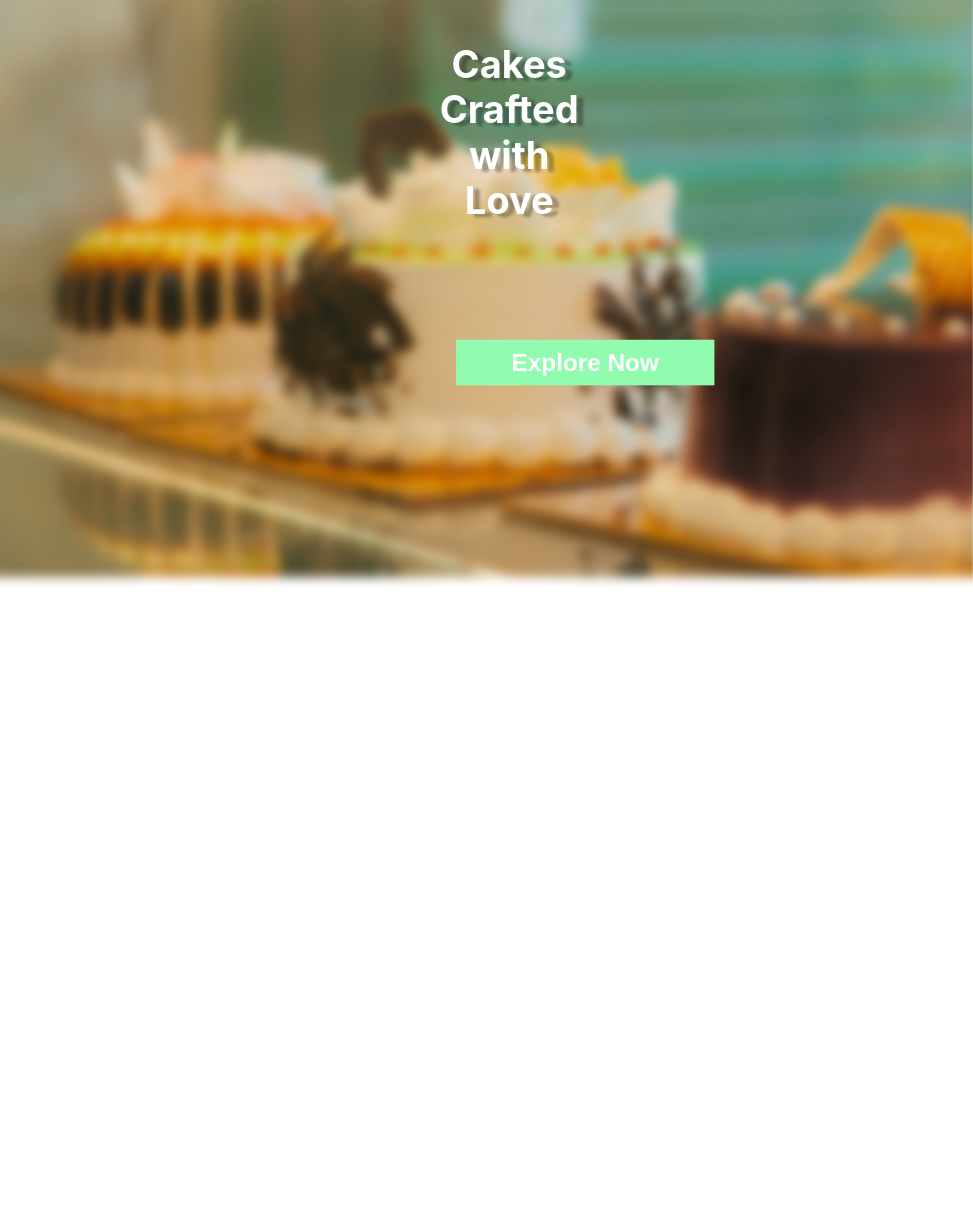
Repository: MEROO1010/cake-box-website
Page: / (app in Cake_box/cake_website/cake_frontend/)
An editor plug-in stored every save of this project. The page is shown before and after the next save, followed by the edit.
The browser window is 1280 px wide. The pictures show the whole page, at 76% of full size.
The project was rebuilt for these pictures with package versions that can differ from the ones it lists, and the page was loaded fresh each time.

Above is the page before, as saved 2024-10-22 12:22:38.

### Cake_box/cake_website/cake_frontend/src/App.jsx
import { BrowserRouter as Router, Routes, Route } from 'react-router-dom';
import  Homepage from './components/HomePage/Homepage';

function App() {
    return (
        <Router>
            <Routes>
                <Route path="/" element={<Homepage />} />
            </Routes>
        </Router>
    );
}

export default App;

### Cake_box/cake_website/cake_frontend/src/components/HomePage/Homepage.jsx
import React from 'react'
import Homepagebg from '../assets/HomePage.png';
import styled from 'styled-components';

const Homepage = () => {
  return (
    <Container>

    <img src={Homepagebg} alt=""/>

    <h1>Cakes<br/> Crafted<br/> with<br/> Love</h1>

    <button>Explore Now</button>

    </Container>
  )
}

export default Homepage

const Container = styled.div `
   img{
    width: 100%;
    background-size: cover;

   }

   h1{
    color:white;
    font-size:50px;
    text-shadow: 9px 4px 4px rgba(0, 0, 0, 0.3);
    text-align: center;
    padding-top:40px;
    bottom:800px;
    margin-left:60px;
    position: relative;
   }

   button{
    background-color:#91FBB0;
    color:white;
    border:none;
    width:340px;
    height:60px;
    font-size:32px;
    font-weight:bold;
    margin-bottom:400px;
    bottom:680px;
    margin-left:600px;
    position: relative;
   }

  `

Loaded but not shown: Cake_box/cake_website/cake_frontend/public/index.html (common file); Cake_box/cake_website/cake_frontend/src/index.js (common file); Cake_box/cake_website/cake_frontend/src/index.css (common file); Cake_box/cake_website/cake_frontend/src/reportWebVitals.js (common file)

After the next save:
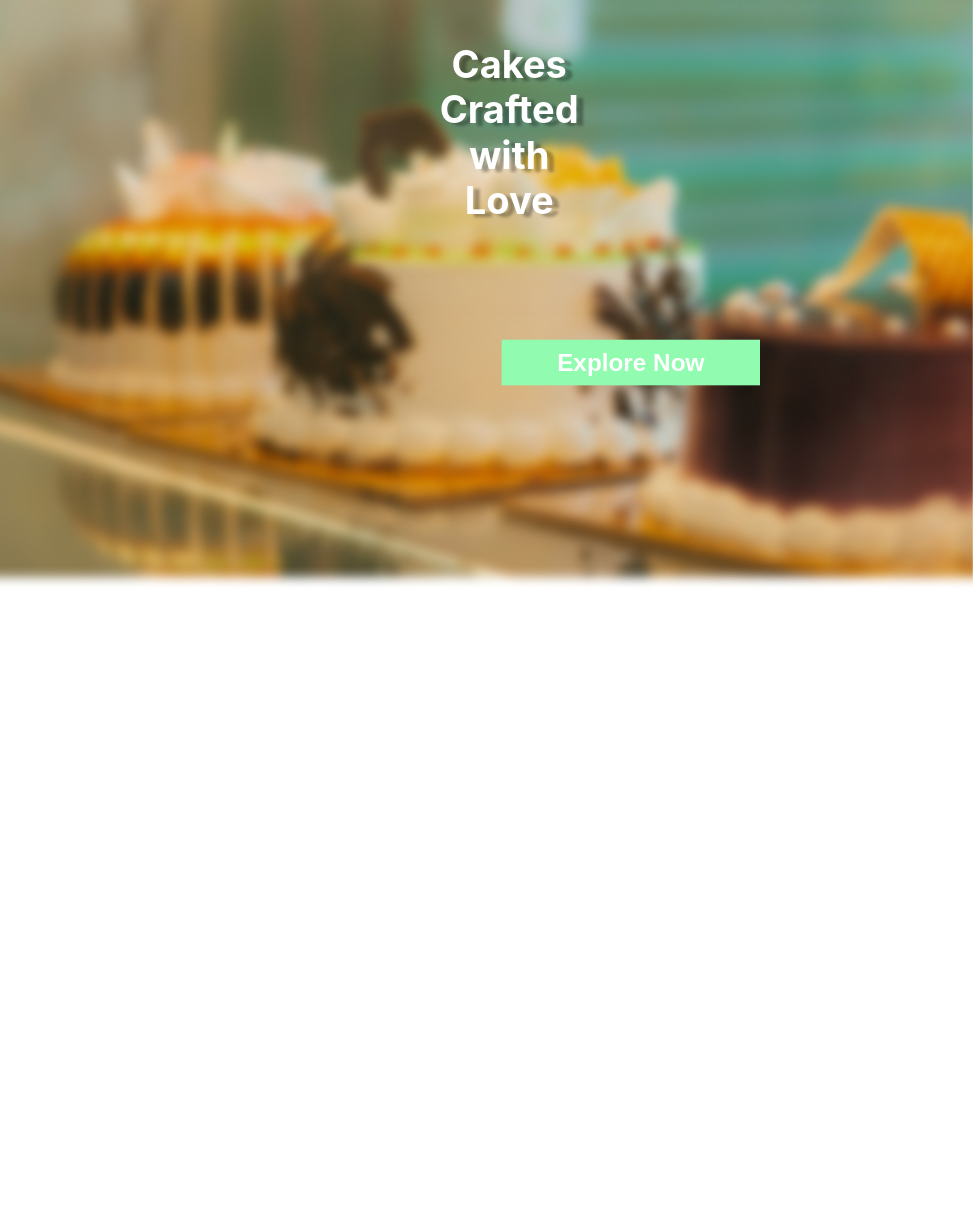
Saved 6 s later.
--- a/Cake_box/cake_website/cake_frontend/src/components/HomePage/Homepage.jsx
+++ b/Cake_box/cake_website/cake_frontend/src/components/HomePage/Homepage.jsx
@@ -46,7 +46,7 @@ const Container = styled.div `
     font-weight:bold;
     margin-bottom:400px;
     bottom:680px;
-    margin-left:600px;
+    margin-left:660px;
     position: relative;
    }
 
